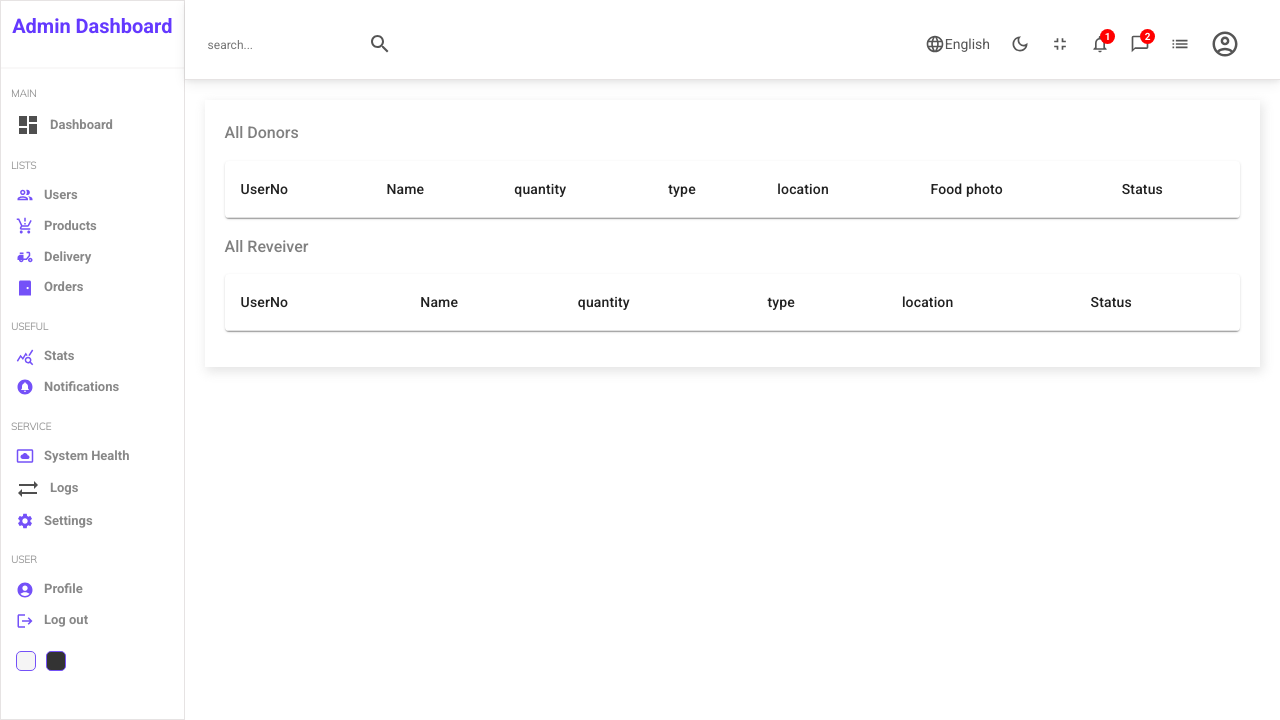
Repository: psbro/beta03_hackoverdose
Page: /dashboard/admin (app in frontend/annaseva/)
The author's editor kept a copy of each file at every save. The page is drawn from the files as they stood at one save, then again after the next save.
The browser window is 1280 px wide. The pictures show the whole page.
The page's requests for data from a server got no answer. The project was rebuilt for these pictures with package versions that can differ from the ones it lists, and the page was loaded fresh each time. No one was signed in, and anything a server would have sent is missing. Also part of the build but not shown: frontend/annaseva/src/Home/components/Nav.js, frontend/annaseva/src/Home/components/main_box/Main_box.jsx, frontend/annaseva/src/Home/components/main__components/Main__components.jsx, frontend/annaseva/src/Home/pages/Main.jsx, frontend/annaseva/src/Home/components/Aim/Aim__components.jsx, frontend/annaseva/src/Home/pages/Aim.jsx, frontend/annaseva/src/Home/components/gallery__components/Gallery__components.jsx, frontend/annaseva/src/Home/pages/Gallery.jsx and 36 more.

Above is the page before, as saved 2022-12-03 23:51:21.

### frontend/annaseva/src/dashboard__user/Dashboard__user.jsx
import React from 'react'
// import Home from "../../src/dashboard__user/pages/home/Home"
import Home from "./pages/home/Home"

const Dashboard__user = () => {
    return (
        <div>
            <Home />
        </div>
    )
}

export default Dashboard__user

### frontend/annaseva/src/Home/Home.scss
// Imports
 @import url('https://fonts.googleapis.com/css2?family=Abril+Fatface&family=DM+Sans:ital,wght@0,400;0,500;0,700;1,400;1,500&family=Lato:wght@400;700&family=Lobster&family=Montserrat:ital,wght@0,100;0,300;0,400;0,800;1,100&family=Mulish:wght@200&family=Noto+Sans:ital,wght@1,200&family=Nunito:ital,wght@0,200;0,300;0,400;0,500;0,700;0,800;0,900;1,200;1,300;1,400;1,500;1,600;1,700;1,800;1,900&family=Oswald:wght@200;300;400&family=PT+Serif&family=Poppins:ital,wght@0,200;0,600;1,500&family=Quicksand:wght@300;400;500;600;700&family=Roboto:ital,wght@0,100;0,300;0,400;1,300&family=Spline+Sans:wght@300&display=swap');

// Variables
$heading: 'Roboto', sans-serif;
$sub-heading:  'Mulish', sans-serif;
$button: "Saira Condensed",
sans-serif;



:root {
    --heading-size      : 64px;
    --sub-heading-size  : 20px;
    // --main-color: #edbb5f;
    --main-color        : #8D775F;

    // --secondary-color: #644204;
    --secondary-color   : #F1F0CC;
    --black             : #fff;
    --white             : #8D775F;
    --side-margin       : 10%;
    --top-margin        : 5%;
    --para-text         : #e5e5e5;

    // --secondary-color: #002626;
    // --secondary-color: #644204;
    // --main-color: #f0f7ee;
    // --main-color: #edbb5f;
    --duration    : 1s;
    --nav-duration: calc(var(--duration) / 4);
    --ease        : cubic-bezier(0.215, 0.61, 0.355, 1);
    --space       : 1rem;
    --font-primary: $sub-heading;
    --font-heading: $heading;
    --font-size   : 1.125rem;
    --line-height : 1.5;

    @media screen and (max-width: 768px) {
        --side-margin: 5%;
    }
}

// Initialisation
* {
    margin    : 0;
    padding   : 0;
    box-sizing: border-box;
}

body {
    position        : relative;
    width           : 100%;
    min-height      : 100vh;
    overflow-x      : hidden;
    color           : var(--black);
    background-color: var(--white);
}

main {
    position: relative;
    width   : 100%;
}

h1 {
    font-family   : $heading;
    font-weight   : 700;
    text-transform: uppercase;
    font-size     : var(--heading-size);
    line-height   : 1.4em;

    @media screen and (max-width: 768px) {
        font-size: calc(var(--heading-size) * 0.6);
    }
}

h3 {
    font-family   : $sub-heading;
    font-weight   : 700;
    text-transform: uppercase;
    font-size     : var(--sub-heading-size);
    letter-spacing: 2px;
    line-height   : 1.8em;
}

p {
    font-family: $sub-heading;
    font-weight: 400;
    font-size  : var(--sub-heading-size);
    line-height: 1.8em;
}

@mixin button-style($color, $text-color) {
    border     : 3px solid $color;
    width      : 180px;
    height     : 50px;
    display    : grid;
    place-items: center;
    color      : var(--white);
    font-size  : var(--sub-heading-size);
    font-family: $button;
    margin-left: auto;
}

$green : #fca311;

// ::-webkit-scrollbar {
//     background: rgba($green, 0.2);
//     height    : 16px;
//     width     : 16px;

//     &:disabled {
//         background: transparent;
//     }
// }

// ::-webkit-scrollbar-track {
//     height: 20px;
//     width : 20px;
// }

// ::-webkit-scrollbar-thumb {
//     background   : rgba($green, 0.8);
//     border-radius: 20px;

//     &:hover {
//         background: rgba($green, 0.9);
//     }

//     &:active {
//         background: rgba($green, 1);
//     }
// }

// ::-webkit-scrollbar-thumb:window-inactive {
//     background: rgba($green, 0.2);
// }

### frontend/annaseva/src/dashboard__user/pages/home/Home.jsx
import React from 'react'
import Chart from '../../components/chart/Chart'
import Featured from '../../components/featured/Featured'
import Nav from '../../components/navbar/Nav'
import Sidebar from '../../components/sidebar/Sidebar'
import TableX from '../../components/Table/Table'
import TableX2 from '../../components/Table/Table2'
import Widget from '../../components/widgets/Widget'
import './Home.scss'

const Home = () => {
  return (
    <>
      <div className="home">
        <Sidebar />
        <div className="homeContainer">
          <Nav />

          {/* <div className="widgets">
            <Widget type="user" />
            <Widget type="order" />
            <Widget type="earning" />
            <Widget type="balance" />
          </div> */}
{/*
          <div className="charts">
            <Featured />
            <Chart title="Last 2 quarters (Revenue)" aspect={2 / 1} />
          </div> */}

          <div className="listContainer">
            <div className="listTitle">All Donors</div>
            <TableX />
            <div className="listTitle">All Reveiver</div>
            <TableX2 />

          </div>
        </div>
      </div>
    </>
  )
}

export default Home

### frontend/annaseva/src/dashboard/pages/home/Home.scss
.home {
    display: flex;

    .homeContainer {
        flex: 6;

        .widgets,
        .charts {
            display: flex;
            padding: 20px;
            gap    : 20px;
        }

        .charts {
            padding: 5px 20px;
        }

        .listContainer {
            padding   : 20px;
            margin    : 20px;
            box-shadow: 2px 4px 10px 1px rgba(201, 201, 201, 0.47);

            .listTitle {
                font-weight  : 500;
                color        : gray;
                margin-bottom: 15px;
            }
        }
    }
}

### frontend/annaseva/src/dashboard__user/components/navbar/Nav.jsx
import React from 'react'
import './Nav.scss'
import SearchIcon from '@mui/icons-material/Search';
import LanguageIcon from '@mui/icons-material/Language';
import DarkModeOutlinedIcon from '@mui/icons-material/DarkModeOutlined';
import FullscreenExitOutlinedIcon from '@mui/icons-material/FullscreenExitOutlined';
import NotificationsNoneOutlinedIcon from '@mui/icons-material/NotificationsNoneOutlined';
import ChatBubbleOutlineOutlinedIcon from '@mui/icons-material/ChatBubbleOutlineOutlined';
import ListOutlinedIcon from '@mui/icons-material/ListOutlined';
import AccountCircleOutlinedIcon from '@mui/icons-material/AccountCircleOutlined';


const Nav = () => {
  return (
    <div className="navbar">
      <div className="wrapper">

        <div className="search">
          <input type="text" placeholder='search...' />
          <SearchIcon className="icon" />
        </div>

        <div className="items">

          <div className="item">
            <LanguageIcon className="icon" />
            English
          </div>

          <div className="item">
            <DarkModeOutlinedIcon className="icon" />
          </div>

          <div className="item">
            <FullscreenExitOutlinedIcon className="icon" />
          </div>

          <div className="item">
            <NotificationsNoneOutlinedIcon className="icon" />
            <div className="counter">1</div>
          </div>

          <div className="item">
            <ChatBubbleOutlineOutlinedIcon className="icon" />
            <div className="counter">2</div>
          </div>

          <div className="item">
            <ListOutlinedIcon className="icon" />
          </div>

          <div className="item">
            <AccountCircleOutlinedIcon className="avatar" />
          </div>


        </div>


      </div>
    </div>
  )
}

export default Nav

### frontend/annaseva/src/dashboard__user/components/sidebar/Sidebar.jsx
import React from 'react'
import './Sidebar.scss'
import DashboardIcon from '@mui/icons-material/Dashboard';
import PeopleOutlineOutlinedIcon from '@mui/icons-material/PeopleOutlineOutlined';
import ProductionQuantityLimitsIcon from '@mui/icons-material/ProductionQuantityLimits';
import DeliveryDiningIcon from '@mui/icons-material/DeliveryDining';
import QueryStatsIcon from '@mui/icons-material/QueryStats';
import CircleNotificationsIcon from '@mui/icons-material/CircleNotifications';
import SettingsSystemDaydreamIcon from '@mui/icons-material/SettingsSystemDaydream';
import SyncAltIcon from '@mui/icons-material/SyncAlt';
import SettingsIcon from '@mui/icons-material/Settings';
import AccountCircleIcon from '@mui/icons-material/AccountCircle';
import LogoutIcon from '@mui/icons-material/Logout';
import SensorDoorIcon from '@mui/icons-material/SensorDoor';
import { Link } from 'react-router-dom';

const Sidebar = () => {
    return (

        <div className="sidebar">

            <div className="top">

                <Link to="/" style={{ textDecoration: "none" }}>
                    <span className="logo">Admin Dashboard</span>
                </Link>

            </div>

            <hr />

            <div className="center">
                <ul>
                    <p className="title">MAIN</p>
                    <li>
                        <DashboardIcon />
                        <span>Dashboard</span>
                    </li>
                    <p className="title">LISTS</p>

                    <Link to="users" style={{ textDecoration: "none" }}>
                        <li>
                            <PeopleOutlineOutlinedIcon className="icon" />
                            <span>Users</span>
                        </li>
                    </Link>



                    <Link to="/products" style={{ textDecoration: "none" }}>
                        <li>
                            <ProductionQuantityLimitsIcon className="icon" />
                            <span>Products</span>
                        </li>
                    </Link>


                    <li>
                        <DeliveryDiningIcon className="icon" />
                        <span>Delivery</span>
                    </li>

                    <li>
                        <SensorDoorIcon className="icon" />
                        <span>Orders</span>
                    </li>


                    <p className="title">USEFUL</p>

                    <li>
                        <QueryStatsIcon className="icon" />
                        <span>Stats</span>
                    </li>


                    <li>
                        <CircleNotificationsIcon className="icon" />
                        <span>Notifications</span>
                    </li>

                    <p className="title">SERVICE</p>

                    <li>
                        <SettingsSystemDaydreamIcon className="icon" />
                        <span>System Health</span>
                    </li>


                    <li>
                        <SyncAltIcon />
                        <span>Logs</span>
                    </li>

                    <li>
                        <SettingsIcon className="icon" />
                        <span>Settings</span>
                    </li>

                    <p className="title">USER</p>

                    <li>
                        <AccountCircleIcon className="icon" />
                        <span>Profile</span>
                    </li>

                    <li>
                        <LogoutIcon className="icon" />
                        <span>Log out</span>
                    </li>
                </ul>
            </div>

            <div className="bottom">
                <div className="colorOption"></div>
                <div className="colorOption"></div>
            </div>

        </div>

    )
}

export default Sidebar

### frontend/annaseva/src/dashboard__user/components/Table/Table2.jsx
import React from 'react'
import './table.scss'
import Table from '@mui/material/Table';
import TableBody from '@mui/material/TableBody';
import TableCell from '@mui/material/TableCell';
import TableContainer from '@mui/material/TableContainer';
import TableHead from '@mui/material/TableHead';
import TableRow from '@mui/material/TableRow';
import Paper from '@mui/material/Paper';
import axios from 'axios';
import { useEffect } from 'react';
import { Pending } from '@mui/icons-material';
import Button from '@mui/material/Button';




const TableX2 = () => {


    const [data, setData] = React.useState([]);
    const handleupdate= async (data)=>{
        let long = {
            receiverNo: data,
            isVerify: "Yes"
        }
        let info = await axios.put(`http://localhost:8000/receiver/update`, long);
        alert("updated sucessfully")
        window.location.reload();

    }
    const loadData = async () => {
        let info = await axios.get(`http://localhost:8000/receiver/all`);
        setData(info.data);
        console.log(data)
    }
    useEffect(() => {
        loadData()
    }, '')

    return (
        <div className='table'>
            <TableContainer component={Paper} className="table">
                <Table sx={{ minWidth: 650 }} aria-label="simple table">
                    <TableHead>
                        <TableRow>
                            <TableCell className='tableCell'>UserNo</TableCell>
                            <TableCell className='tableCell'>Name</TableCell>
                            <TableCell className='tableCell'>quantity</TableCell>
                            <TableCell className='tableCell'>type</TableCell>
                            <TableCell className='tableCell'>location</TableCell>
                            {/* <TableCell className='tableCell'>Payment Method</TableCell> */}
                            <TableCell className='tableCell'>Status</TableCell>
                        </TableRow>
                    </TableHead>
                    <TableBody>
                        {data.map((row) => (
                            <TableRow
                                key={row.id}
                            >
                                {/* <TableCell>{row.id}</TableCell> */}
                                <TableCell className='tableCell'>{row.userNo}</TableCell>
                                <TableCell className='tableCell'>{row.name}</TableCell>
                                <TableCell className='tableCell'>{row.quantity}</TableCell>

                                <TableCell className='tableCell'>{row.type}</TableCell>
                                <TableCell className='tableCell'>{row.location}</TableCell>
                                {/* <TableCell className='tableCell'>{row.method}</TableCell> */}
                                <TableCell className='tableCell'>
                                    {row.isVerify=="No" && <Button  onClick={()=>handleupdate(row.receiverNo)} >Verify</Button>}
                                    {row.isVerify=="Yes" && <span className={`status Approved`}>Approved</span>}
                                    {/* <span className={`status Pending`}>{row.isVerify}</span> */}
                                </TableCell>
                            </TableRow>
                        ))}
                    </TableBody>
                </Table>
            </TableContainer>
        </div>
    )
}

export default TableX2;

### frontend/annaseva/src/dashboard__user/pages/home/Home.scss
.home {
    display: flex;

    .homeContainer {
        flex: 6;

        .widgets,
        .charts {
            display: flex;
            padding: 20px;
            gap    : 20px;
        }

        .charts {
            padding: 5px 20px;
        }

        .listContainer {
            padding   : 20px;
            margin    : 20px;
            box-shadow: 2px 4px 10px 1px rgba(201, 201, 201, 0.47);

            .listTitle {
                font-weight  : 500;
                color        : gray;
                margin-bottom: 15px;
            }
        }
    }
}

### frontend/annaseva/src/dashboard/components/navbar/Nav.scss
.navbar {
    height       : 80px;
    border-bottom: 0.5px solid rgb(230, 227, 227);
    display      : flex;
    align-items  : center;
    color        : #555;
    font-size    : 14px;

    .wrapper {
        padding        : 20px;
        display        : flex;
        align-items    : center;
        width          : 100%;
        justify-content: space-between;

        .search {
            display    : flex;
            align-items: center;
            border     : 0.5px lightgray;
            padding    : 3px;

            input {
                border : none;
                outline: none;
                background: transparent;

                &::placeholder{
                    font-size: 12px;
                }
            }
        }

        .items {
            display: flex;
            align-items: center;

            .item{
                display: flex;
                align-items: center;
                margin-right: 20px;
                position: relative;

                .icon{
                    font-size: 20px;
                }

                .avatar{
                    width: 30px;
                    height: 30px;
                }

                .counter{
                    width: 15px;
                    height: 15px;
                    background-color: red;
                    border-radius: 50%;
                    color: white;
                    display: flex;
                    align-items: center;
                    justify-content: center;
                    font-size: 10px;
                    font-weight: bold;
                    position: absolute;
                    top: -5px;
                    right: -5px;
                }
            }
        }
    }
}

### frontend/annaseva/src/dashboard/components/sidebar/Sidebar.scss
.sidebar {
    flex            : 1;
    border          : 0.5px solid rgb(230, 227, 227);
    min-height      : 100vh;
    background-color: white;

    .top {
        height         : 50px;
        display        : flex;
        justify-content: center;
        align-items    : center;

        .logo {
            font-size  : 20px;
            font-weight: bold;
            color      : #6439ff
        }
    }

    hr {
        height: 0;
        border: 0.5px solid rgb(230, 227, 227);
    }

    .center {
        padding-left: 10px;

        ul {
            list-style: none;
            margin    : 0;
            padding   : 0;

            .title {
                font-size    : 10px;
                font-weight  : bold;
                color        : #999;
                margin-top   : 15px;
                margin-bottom: 5px;
            }

            li {
                display    : flex;
                align-items: center;
                padding    : 5px;
                cursor     : pointer;

                &:hover {
                    background-color: #ece8ff;
                }

                .icon {
                    font-size: 18px;
                    color    : #7451f8;
                }

                span {
                    font-size  : 13px;
                    font-weight: bold;
                    color      : #888;
                    margin-left: 10px;
                }
            }
        }
    }

    .bottom {
        display    : flex;
        align-items: center;
        margin     : 10px;

        .colorOption {
            margin       : 5px;
            height       : 20px;
            width        : 20px;
            border-radius: 5px;
            border       : 1px solid #7451f8;
            cursor       : pointer;

            &:nth-child(1) {
                background-color: whitesmoke;
            }

            &:nth-child(2) {
                background-color: #333;
            }

            &:nth-child(3) {
                background-color: darkblue;
            }
        }

    }


}

### frontend/annaseva/src/dashboard__user/components/navbar/Nav.scss
.navbar {
    height       : 80px;
    border-bottom: 0.5px solid rgb(230, 227, 227);
    display      : flex;
    align-items  : center;
    color        : #555;
    font-size    : 14px;

    .wrapper {
        padding        : 20px;
        display        : flex;
        align-items    : center;
        width          : 100%;
        justify-content: space-between;

        .search {
            display    : flex;
            align-items: center;
            border     : 0.5px lightgray;
            padding    : 3px;

            input {
                border : none;
                outline: none;
                background: transparent;

                &::placeholder{
                    font-size: 12px;
                }
            }
        }

        .items {
            display: flex;
            align-items: center;

            .item{
                display: flex;
                align-items: center;
                margin-right: 20px;
                position: relative;

                .icon{
                    font-size: 20px;
                }

                .avatar{
                    width: 30px;
                    height: 30px;
                }

                .counter{
                    width: 15px;
                    height: 15px;
                    background-color: red;
                    border-radius: 50%;
                    color: white;
                    display: flex;
                    align-items: center;
                    justify-content: center;
                    font-size: 10px;
                    font-weight: bold;
                    position: absolute;
                    top: -5px;
                    right: -5px;
                }
            }
        }
    }
}

### frontend/annaseva/src/dashboard__user/components/sidebar/Sidebar.scss
.sidebar {
    flex            : 1;
    border          : 0.5px solid rgb(230, 227, 227);
    min-height      : 100vh;
    background-color: white;

    .top {
        height         : 50px;
        display        : flex;
        justify-content: center;
        align-items    : center;

        .logo {
            font-size  : 20px;
            font-weight: bold;
            color      : #6439ff
        }
    }

    hr {
        height: 0;
        border: 0.5px solid rgb(230, 227, 227);
    }

    .center {
        padding-left: 10px;

        ul {
            list-style: none;
            margin    : 0;
            padding   : 0;

            .title {
                font-size    : 10px;
                font-weight  : bold;
                color        : #999;
                margin-top   : 15px;
                margin-bottom: 5px;
            }

            li {
                display    : flex;
                align-items: center;
                padding    : 5px;
                cursor     : pointer;

                &:hover {
                    background-color: #ece8ff;
                }

                .icon {
                    font-size: 18px;
                    color    : #7451f8;
                }

                span {
                    font-size  : 13px;
                    font-weight: bold;
                    color      : #888;
                    margin-left: 10px;
                }
            }
        }
    }

    .bottom {
        display    : flex;
        align-items: center;
        margin     : 10px;

        .colorOption {
            margin       : 5px;
            height       : 20px;
            width        : 20px;
            border-radius: 5px;
            border       : 1px solid #7451f8;
            cursor       : pointer;

            &:nth-child(1) {
                background-color: whitesmoke;
            }

            &:nth-child(2) {
                background-color: #333;
            }

            &:nth-child(3) {
                background-color: darkblue;
            }
        }

    }


}

Loaded but not shown: frontend/annaseva/public/index.html (common file); frontend/annaseva/src/App.js (24 lines, source omitted); frontend/annaseva/src/index.js (13 lines, source omitted); frontend/annaseva/src/dashboard__user/components/Table/Table.jsx (113 lines, source omitted)

After the next save:
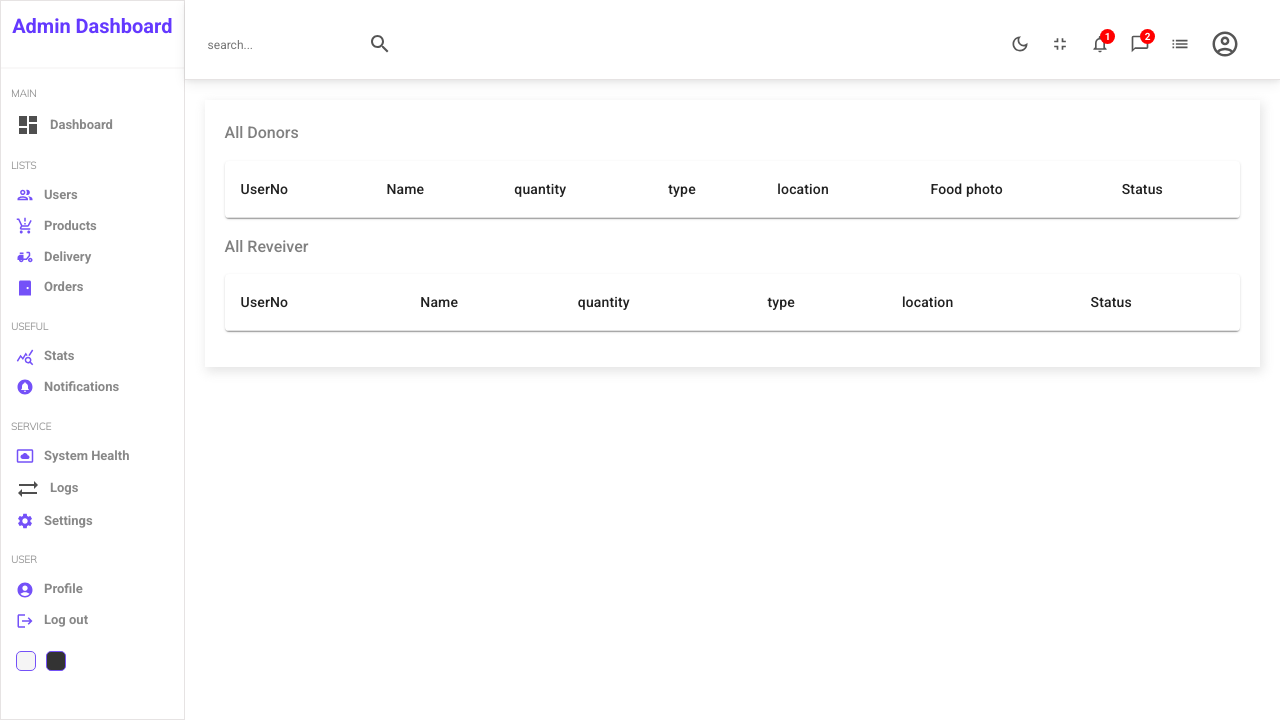
Saved 65 s later.
--- a/frontend/annaseva/src/dashboard__user/components/navbar/Nav.jsx
+++ b/frontend/annaseva/src/dashboard__user/components/navbar/Nav.jsx
@@ -22,10 +22,7 @@ const Nav = () => {
 
         <div className="items">
 
-          <div className="item">
-            <LanguageIcon className="icon" />
-            English
-          </div>
+
 
           <div className="item">
             <DarkModeOutlinedIcon className="icon" />
